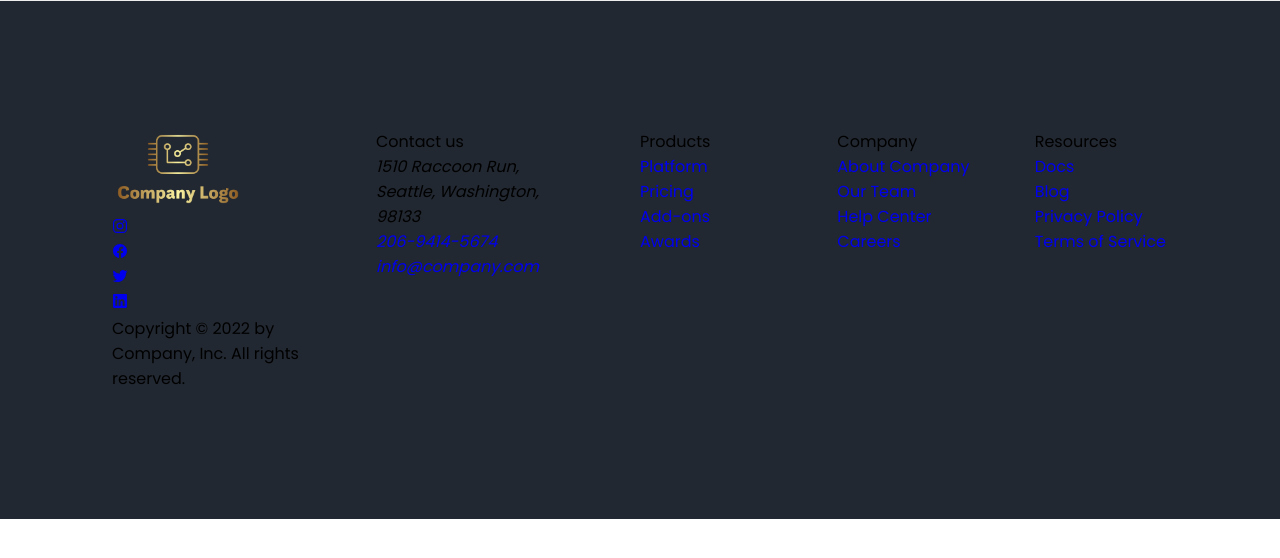
Repository: bijaythakur-code/responsive-footer-design-html-css
Page: index.html
These files come from the project's save history. The page is drawn as it stood at one moment and after the next save; the edit follows.
The browser window is 1280 px wide. The pictures show the whole page.

Above is the page before, as saved 2022-07-27 14:13:31.

### index.html
<!DOCTYPE html>
<html lang="en">
  <head>
    <meta charset="UTF-8" />
    <meta http-equiv="X-UA-Compatible" content="IE=edge" />
    <meta name="viewport" content="width=device-width, initial-scale=1.0" />
    <link rel="preconnect" href="https://fonts.googleapis.com" />
    <link rel="preconnect" href="https://fonts.gstatic.com" crossorigin />
    <link
      href="https://fonts.googleapis.com/css2?family=Poppins:wght@400;500;600;700&display=swap"
      rel="stylesheet"
    />
    <link rel="stylesheet" href="/css/style.css" />
    <title>Responsive footer design using HTML and CSS</title>
  </head>
  <body>
    <footer class="footer">
      <div class="container footer-wrapper">
        <div class="logo-col">
          <a href="#" class="footer-logo">
            <img src="/img/company-logo.png" alt="Company Logo" class="logo" />
          </a>

          <ul class="social-links">
            <li>
              <a href="#" class="footer-link">
                <ion-icon class="social-icon" name="logo-instagram"></ion-icon>
              </a>
            </li>
            <li>
              <a href="#" class="footer-link">
                <ion-icon class="social-icon" name="logo-facebook"></ion-icon>
              </a>
            </li>
            <li>
              <a href="#" class="footer-link">
                <ion-icon class="social-icon" name="logo-twitter"></ion-icon>
              </a>
            </li>
            <li>
              <a href="#" class="footer-link">
                <ion-icon class="social-icon" name="logo-linkedin"></ion-icon>
              </a>
            </li>
          </ul>

          <p class="copyright">
            Copyright &copy; 2022 by Company, Inc. All rights reserved.
          </p>
        </div>

        <div class="address-col">
          <p class="footer-heading">Contact us</p>
          <address class="contacts">
            <p class="address">1510 Raccoon Run, Seattle, Washington, 98133</p>
            <p>
              <a href="tel:206-9414-5674" class="footer-link">206-9414-5674</a>
              <br />
              <a href="mailto:info@company.com" class="footer-link"
                >info@company.com</a
              >
            </p>
          </address>
        </div>

        <nav class="nav-col">
          <p class="footer-heading">Products</p>
          <ul class="footer-nav">
            <li><a href="#" class="footer-link">Platform</a></li>
            <li><a href="#" class="footer-link">Pricing</a></li>
            <li><a href="#" class="footer-link">Add-ons</a></li>
            <li><a href="#" class="footer-link">Awards</a></li>
          </ul>
        </nav>

        <nav class="nav-col">
          <p class="footer-heading">Company</p>
          <ul class="footer-nav">
            <li><a href="#" class="footer-link">About Company</a></li>
            <li><a href="#" class="footer-link">Our Team</a></li>
            <li><a href="#" class="footer-link">Help Center</a></li>
            <li><a href="#" class="footer-link">Careers</a></li>
          </ul>
        </nav>

        <nav class="nav-col">
          <p class="footer-heading">Resources</p>
          <ul class="footer-nav">
            <li><a href="#" class="footer-link">Docs</a></li>
            <li><a href="#" class="footer-link">Blog</a></li>
            <li><a href="#" class="footer-link">Privacy Policy</a></li>
            <li><a href="#" class="footer-link">Terms of Service</a></li>
          </ul>
        </nav>
      </div>
    </footer>
    <script
      type="module"
      src="https://unpkg.com/ionicons@5.5.2/dist/ionicons/ionicons.esm.js"
    ></script>
    <script
      nomodule
      src="https://unpkg.com/ionicons@5.5.2/dist/ionicons/ionicons.js"
    ></script>
  </body>
</html>

### css/style.css
:root {
  /* COLOR VARIABLES */
  --footer-background-color: #222831;
  --footer-heading-color: #ffffff;
  --footer-link-color: #d3d4d6;
  --footer-link-hover-color: #c8b568;
}

*,
*::after,
*::before {
  padding: 0;
  margin: 0;
  box-sizing: border-box;
}

body {
  font-family: 'Poppins', sans-serif;
  font-weight: 400;
}

ul {
  list-style: none;
}

a {
  text-decoration: none;
}

.container {
  max-width: 1120px;
  padding: 0 32px;
  margin: 0 auto;
}

/* ====== Footer ======= */

.logo {
  height: 80px;
}

.footer {
  padding: 128px 0;
  border-top: 1px solid #eee;
  background-color: var(--footer-background-color);
}

.footer-wrapper {
  display: grid;
  grid-template-columns: 1.5fr 1.5fr 1fr 1fr 1fr;
  column-gap: 64px;
  row-gap: 96px;
}

After the next save:
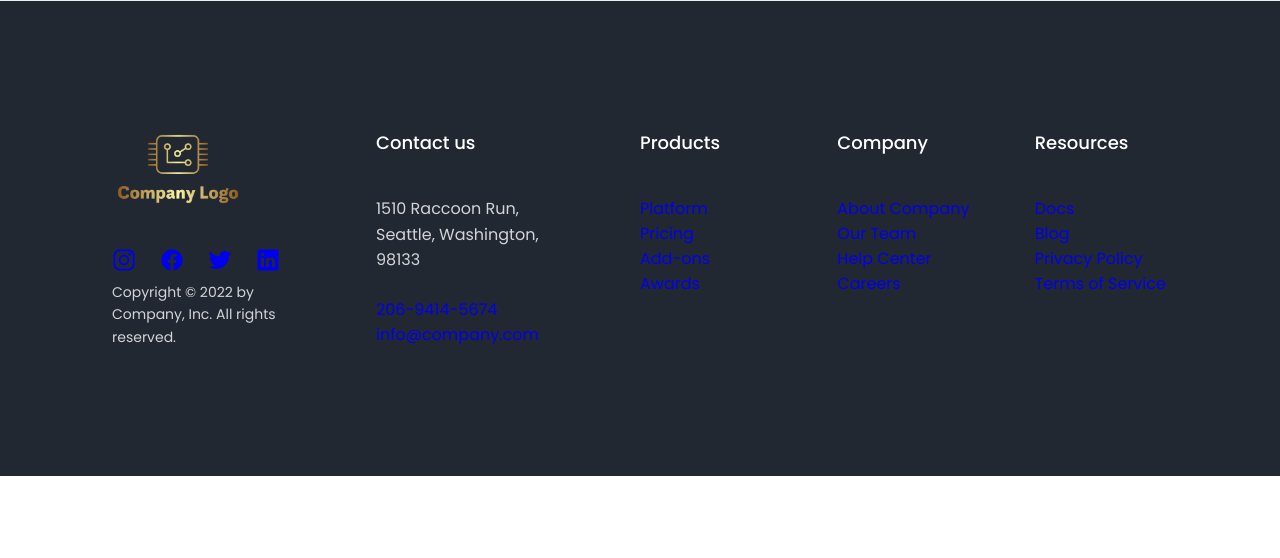
Saved 4 min 19 s later.
--- a/css/style.css
+++ b/css/style.css
@@ -51,3 +51,53 @@ a {
   column-gap: 64px;
   row-gap: 96px;
 }
+
+.logo-col {
+  display: flex;
+  flex-direction: column;
+}
+
+.footer-logo {
+  display: block;
+  margin-bottom: 32px;
+}
+
+.social-links {
+  list-style: none;
+  display: flex;
+  gap: 24px;
+}
+
+.social-icon {
+  height: 24px;
+  width: 24px;
+}
+
+.social-icon:hover {
+  color: var(--footer-link-hover-color);
+}
+
+.copyright {
+  font-size: 14px;
+  line-height: 1.6;
+  color: var(--footer-link-color);
+  margin-top: auto;
+}
+
+.footer-heading {
+  font-size: 18px;
+  font-weight: 500;
+  margin-bottom: 40px;
+  color: var(--footer-heading-color);
+}
+
+.contacts {
+  font-style: normal;
+  font-size: 16px;
+  line-height: 1.6;
+}
+
+.address {
+  margin-bottom: 24px;
+  color: var(--footer-link-color);
+}
